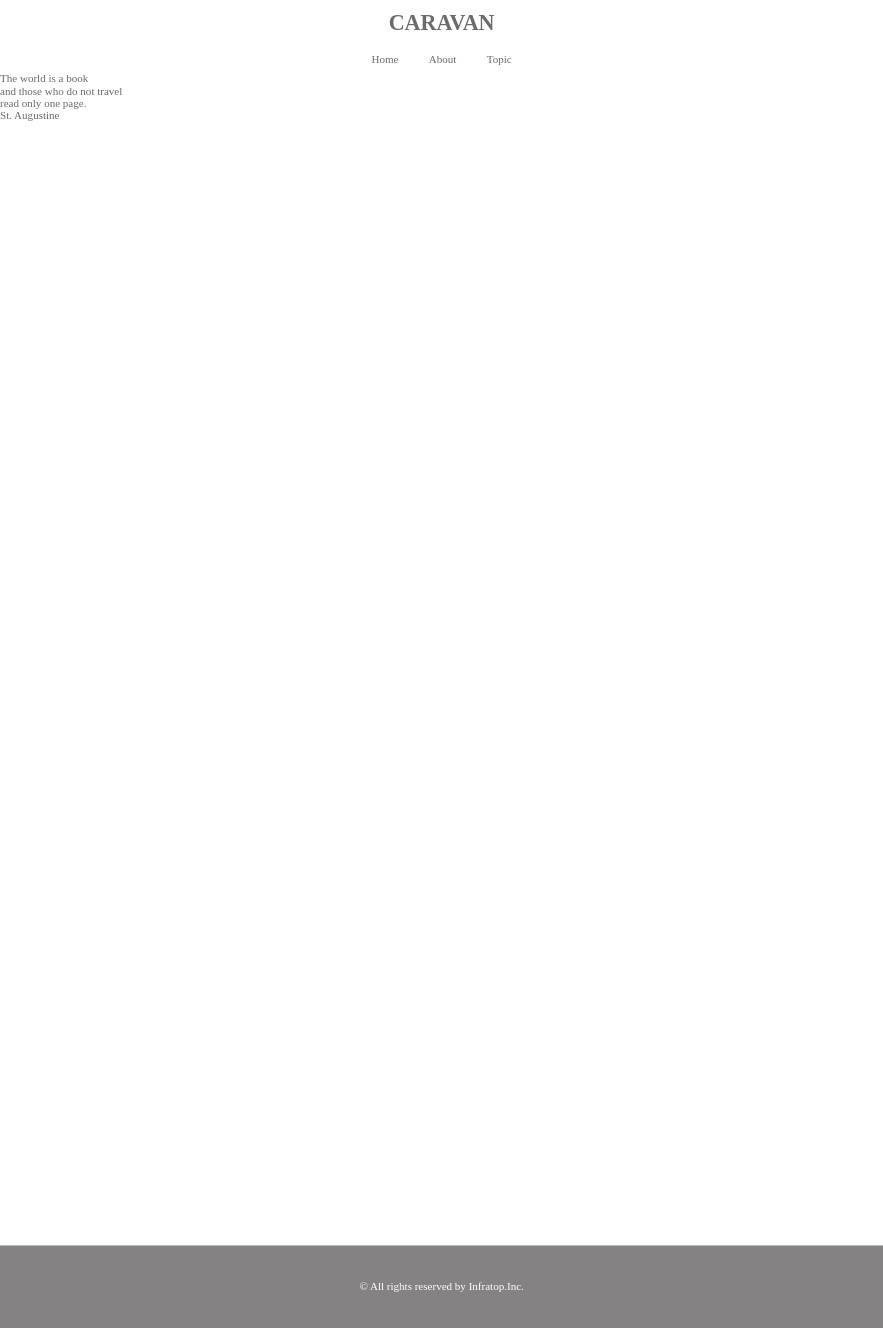
Repository: sawaweb/caravan
Page: caravan/index.html
The author's editor kept a record of every edit. The page is drawn from the files as they stood at one moment, then again after the next edit.
The browser window is 1280 px wide. The pictures show the whole page, at 69% of full size.

Above is the page before.

### caravan/index.html
<!DOCTYPE html>
<html lang="ja">
  <head>
    <meta charset="UTF-8" />
    <link rel="stylesheet" href="style.css" />
    <title>CARAVAN</title>
  </head>

  <body>
    <header>
      <h1 class="heading">
        <a href="index.html">
          CARAVAN
        </a>
      </h1>
    </header>

    <nav>
      <ul class="nav-list">
        <li class="nav-list-item">
          <a href="index.html">Home</a>
        </li>
        <li class="nav-list-item">About</li>
        <li class="nav-list-item">Topic</li>
      </ul>
    </nav>

    <div class="main-visual">
      <div class="main-visual-content">
        <p class="main-visual-text">
          The world is a book<br />
          and those who do not travel<br />
          read only one page.
        </p>
        <p class="main-visual-name">
          St. Augustine
        </p>
      </div>
    </div>

    <div class="main">
      <div class="blog"></div>
      <div class="sidebar"></div>
    </div>

    <footer>
      <p class="footer-text">© All rights reserved by Infratop.Inc.</p>
    </footer>
  </body>
</html>

### caravan/style.css
* {
  margin: 0;
  padding: 0;
  box-sizing: border-box;
  color: #6c6b6b;
}

a {
  text-decoration: none;
}

header {
  width: 90%;
  padding: 15px 0;
  margin: 0 auto;
  text-align: center;
}

header .heading {
  font-size: 32px;
}

.nav-list {
  text-align: center;
  padding: 10px 0;
  margin: 0 auto;
}

.nav-list-item {
  list-style: none;
  display: inline-block;
  margin: 0 20px;
}

.main-visual {
  width: 100%;
  height: 300px;
}

.main-visual-content {
  width: 350px;
  height: 300px;
}

.main {
  width: 840px;
  display: flex;
  justify-content: center;
  margin: 0 auto;
}

.blog {
  width: 600px;
  height: 1400px;
}

.sidebar {
  width: 240px; /* 横幅240px */
  height: 1400px; /* 高さ1400px */
}

footer {
  width: 100%;
  height: 120px;
  text-align: center;
  line-height: 120px;
  background-color: #848282;
}

.footer-text {
  color: #fff;
}

After the next edit:
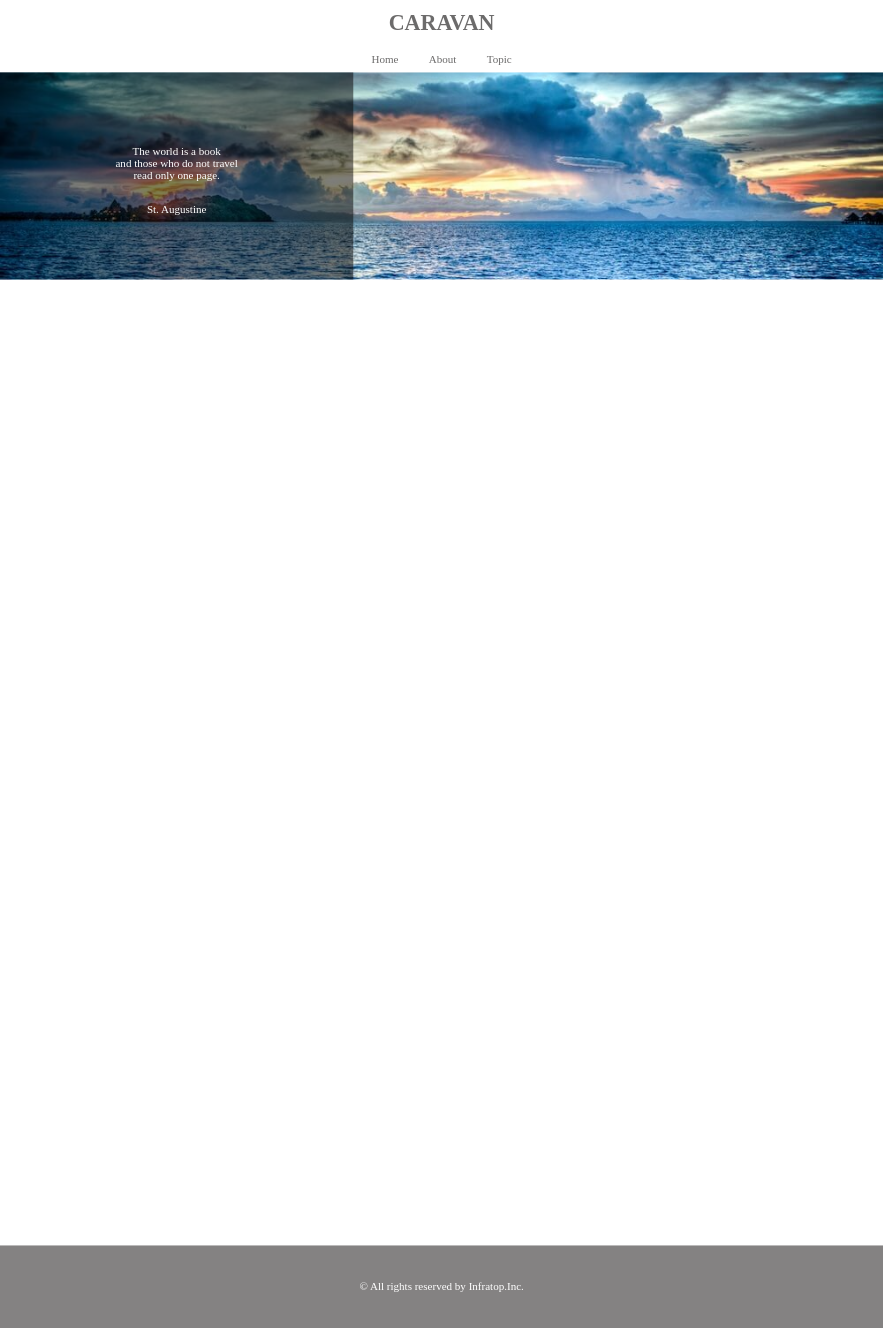
The edit:
--- a/caravan/style.css
+++ b/caravan/style.css
@@ -10,13 +10,14 @@
 }
 
 header {
-  width: 90%;
+  width: 90%; /* 横幅90% */
   padding: 15px 0;
   margin: 0 auto;
   text-align: center;
 }
 
 header .heading {
+  /* headerタグ内のheadingクラスにのみ反映される */
   font-size: 32px;
 }
 
@@ -33,30 +34,47 @@
 }
 
 .main-visual {
-  width: 100%;
-  height: 300px;
+  width: 100%; /* 横幅いっぱい */
+  height: 300px; /* 高さ300px */
+  background-image: url(img/mv.jpg);
+  background-size: cover; /* 縦横比を維持したまま背景領域を埋め尽くす */
+  background-position: center; /* 背景画像を中央に配置 */
 }
 
 .main-visual-content {
-  width: 350px;
-  height: 300px;
+  width: 40%; /* 横幅40% */
+  height: 300px; /* 親の高さに揃える */
+  background-color: rgba(0, 0, 0, 0.5); /* 背景色を半透明の黒にする */
+  text-align: center; /* 文字を中央揃えにする */
+  padding-top: 105px; /* 上側の内側余白で垂直方向の位置を調整 */
+}
+
+/* 追加 */
+.main-visual-text {
+  color: #fff; /* 文字色を白に変更 */
+}
+
+/* 追加 */
+.main-visual-name {
+  margin-top: 30px; /* 上側の外側の余白 */
+  color: #fff; /* 文字色を白に変更 */
 }
 
 .main {
-  width: 840px;
-  display: flex;
-  justify-content: center;
+  width: 840px; /* 横幅840px */
+  display: flex; /* Flexboxの利用 */
+  justify-content: center; /* 要素の横並び・中央寄せ */
   margin: 0 auto;
 }
 
 .blog {
-  width: 600px;
-  height: 1400px;
+  width: 600px; /* 横幅600px */
+  height: 1400px; /* 高さ1400px */
 }
 
 .sidebar {
-  width: 240px; /* 横幅240px */
-  height: 1400px; /* 高さ1400px */
+  width: 240px;
+  height: 1400px;
 }
 
 footer {
